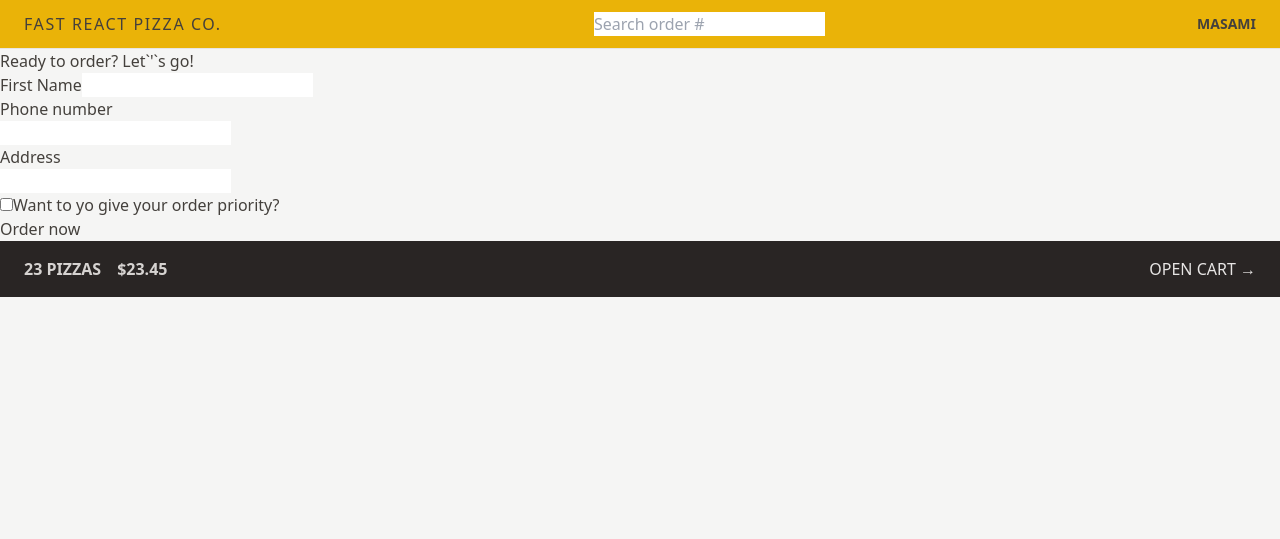
Repository: masamichan/pizza-vite
Page: /order/new
An editor plug-in stored every save of this project. The page is shown before and after the next save, followed by the edit.
The browser window is 1280 px wide. The pictures show the whole page.
The project was rebuilt for these pictures with package versions that can differ from the ones it lists, and the page was loaded fresh each time. Also part of the build but not shown: vite.config.js, src/ui/Home.jsx, src/utils/helpers.js, src/features/menu/MenuItem.jsx, src/features/menu/Menu.jsx, src/features/cart/Cart.jsx, src/features/order/Order.jsx, src/ui/Loader.jsx and 1 more. Imported but missing from the stored project, and not drawn on this page: src/features/user/CreateUser.

Above is the page before, as saved 2023-12-22 10:35:42.

After the next save:
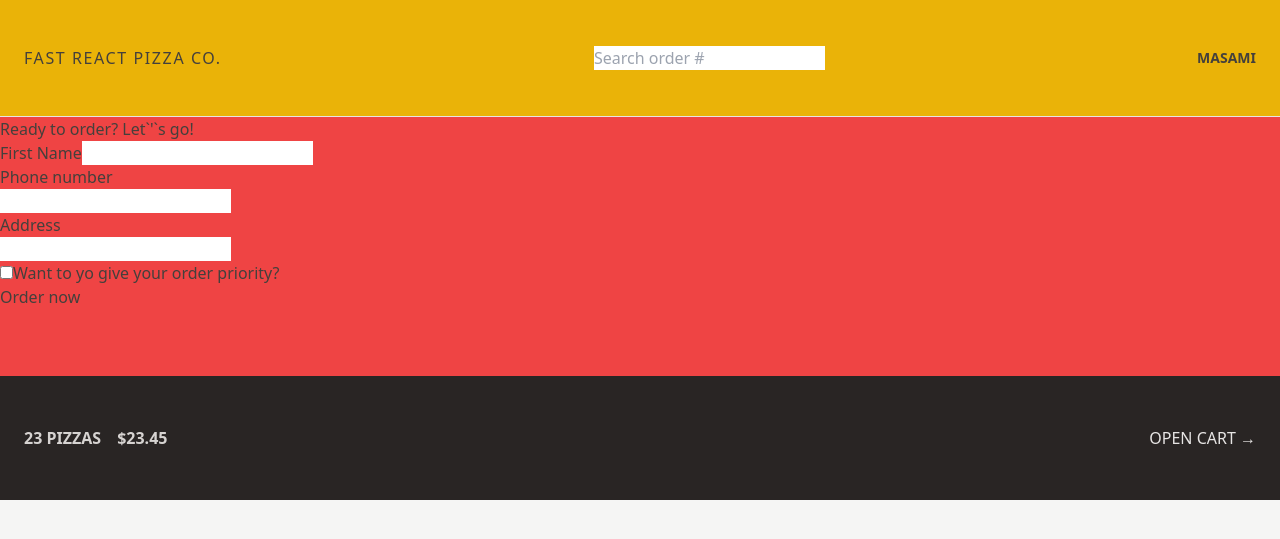
Saved 3 min 20 s later.
--- a/src/ui/AppLayout.jsx
+++ b/src/ui/AppLayout.jsx
@@ -7,7 +7,7 @@ function AppLayout() {
   const navigation = useNavigation();
   const isLoading = navigation.state === 'loading';
   return (
-    <div className="grid">
+    <div className="grid-row-3 grid h-[500px] bg-red-500">
       {isLoading && <Loader />}
 
       <Header />
